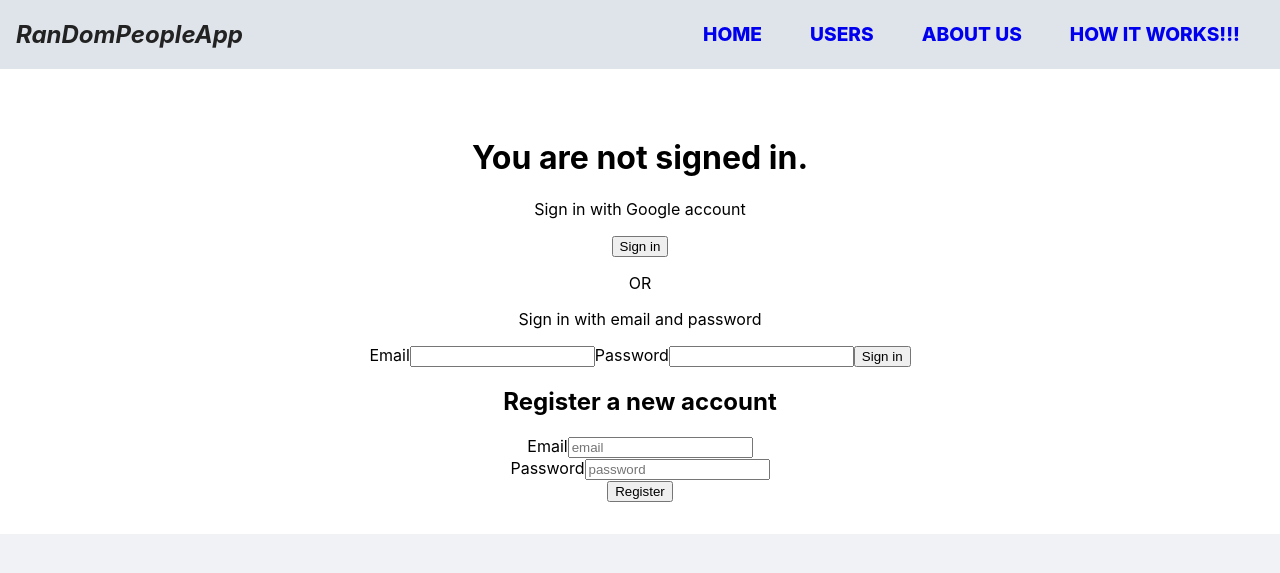
Repository: MikkyPrestige/RandomProfiles
Page: /profile
An editor plug-in stored every save of this project. The page is shown before and after the next save, followed by the edit.
The browser window is 1280 px wide. The pictures show the whole page.
The project was rebuilt for these pictures with package versions that can differ from the ones it lists, and the page was loaded fresh each time. Also part of the build but not shown: src/assets/styles/home.css, src/components/avatar.jsx, src/components/home.jsx, src/assets/styles/users.css, src/components/users.jsx, src/assets/styles/search.css, src/components/search.jsx, src/assets/styles/help.css and 6 more.

Above is the page before, as saved 2022-11-30 02:28:25.

After the next save:
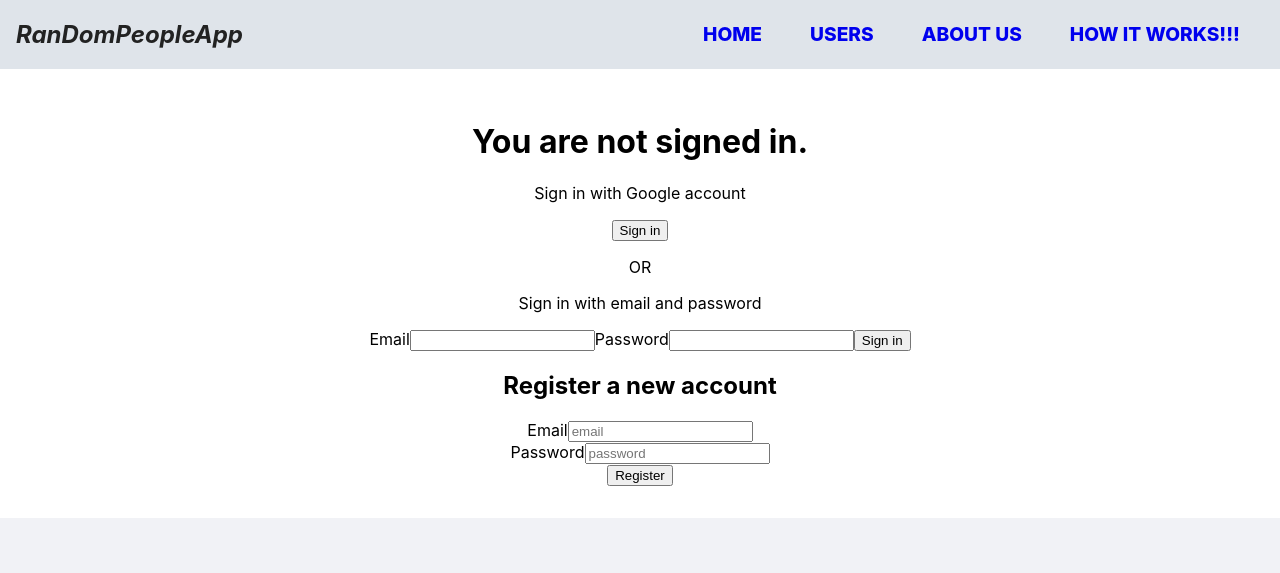
Saved 9 s later.
--- a/src/assets/styles/profile.css
+++ b/src/assets/styles/profile.css
@@ -13,6 +13,6 @@
 }
 
 .profile__desc {
-  margin-top: 1rem;
+  /* margin-top: 1rem; */
   text-align: center;
 }

After the save that followed:
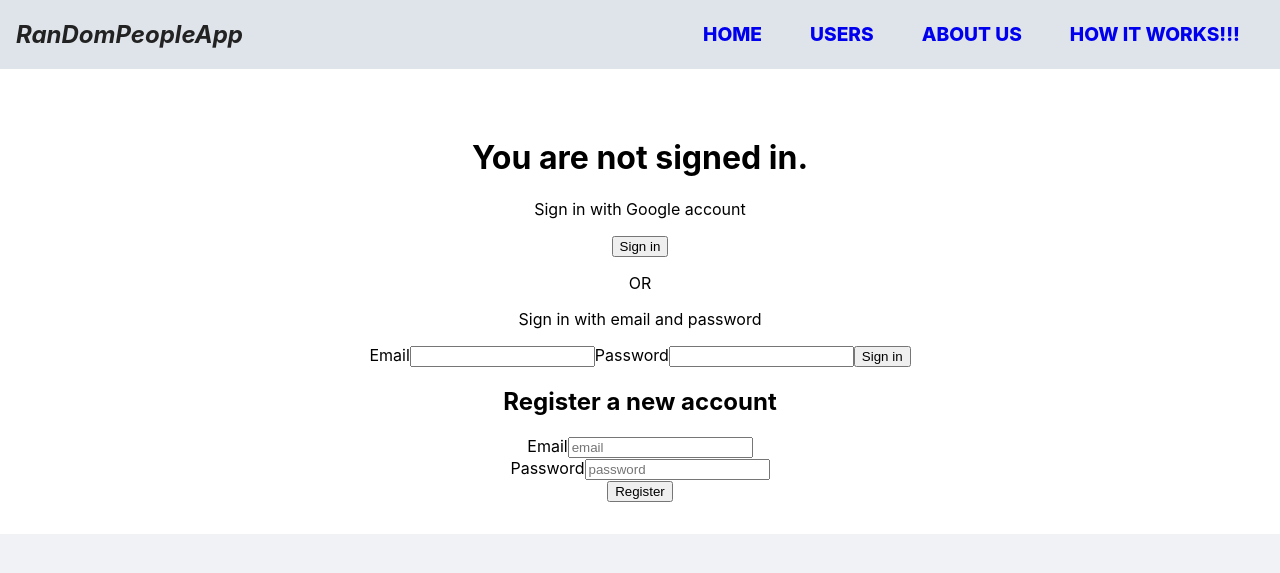
Saved 4 s later.
--- a/src/assets/styles/profile.css
+++ b/src/assets/styles/profile.css
@@ -13,6 +13,6 @@
 }
 
 .profile__desc {
-  /* margin-top: 1rem; */
+  margin-top: 1rem;
   text-align: center;
 }
